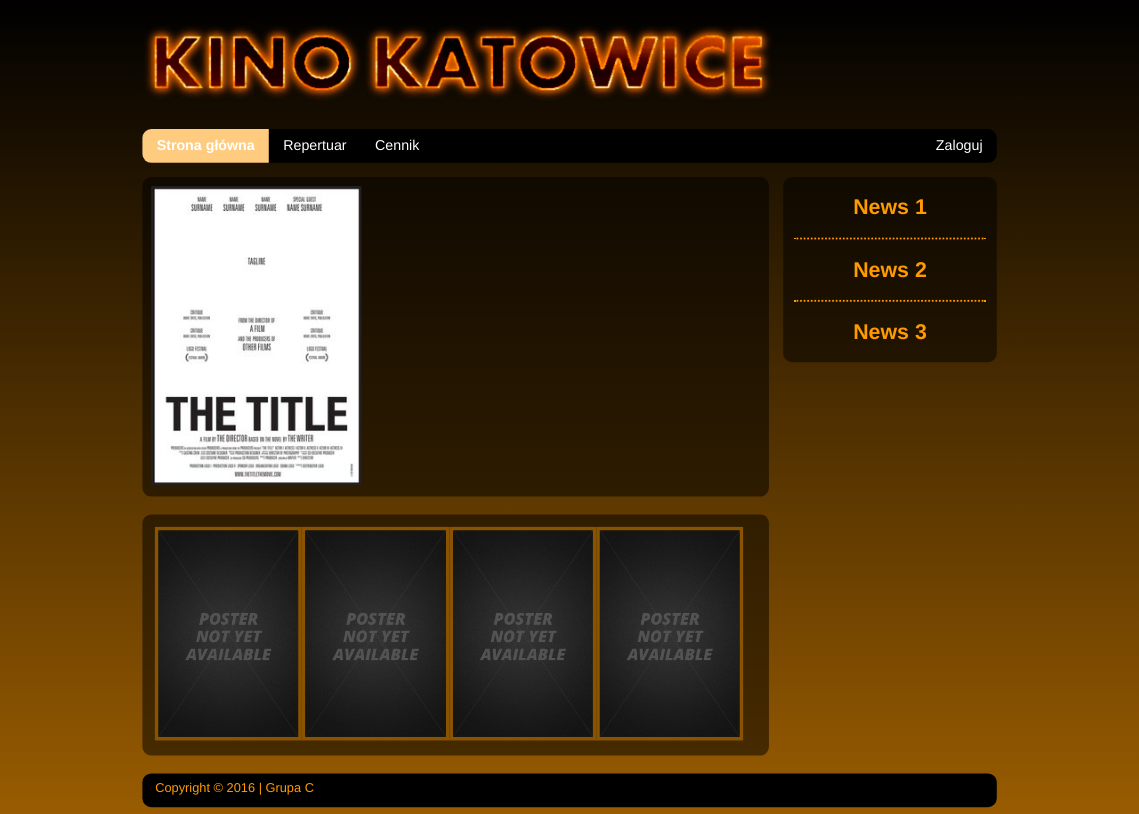
Repository: Gate4/Grupa-C
Page: http://localhost/KinoWebApp/WEB-INF/jsp/welcome.jsp
An editor plug-in stored every save of this project. The page is shown before and after the next save, followed by the edit.
The browser window is 1280 px wide. The pictures show the whole page, at 89% of full size.
Some web libraries are served in a nearby version. The page is served by Tomcat 9. Nobody is signed in. The template is opened directly, without the code that normally fills it, so the values that code supplies are empty.

Above is the page before, as saved 2016-04-21 21:43:31.

After the next save:
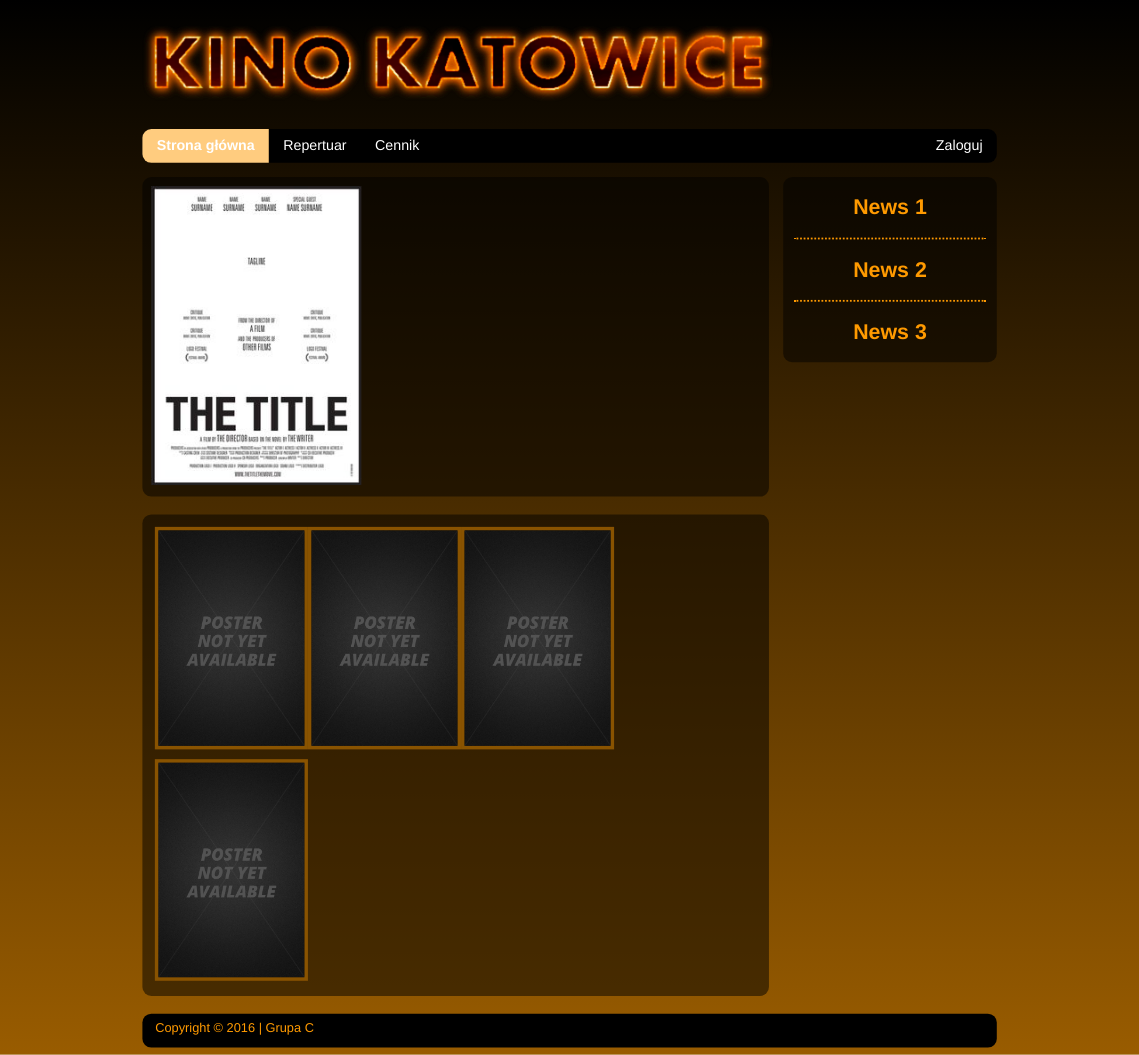
Saved 24 s later.
--- a/KinoWebApp/WebContent/resources/style.css
+++ b/KinoWebApp/WebContent/resources/style.css
@@ -96,7 +96,7 @@ nav ul li:last-child a:hover, nav ul li:last-child a.active{
 }
 
 .poster{
-	width: 23%;
+	width: 24%;
 	padding: 4px 4px 4px 4px;
 }
 
